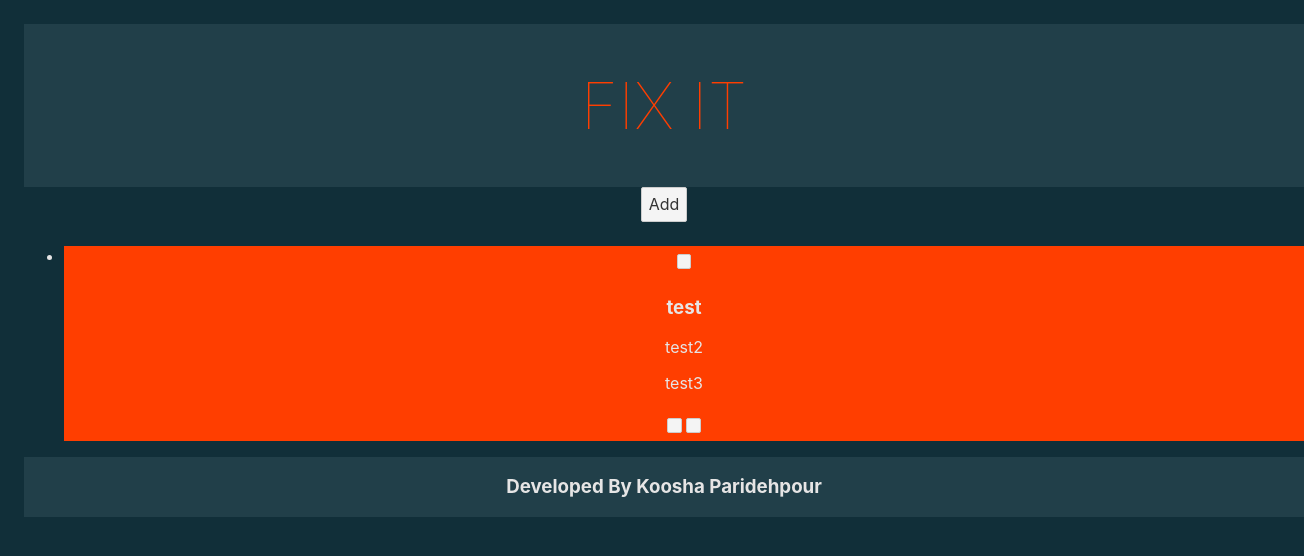
Repository: KooshaPari/fixit-go
Page: / (app in frontend/)
An editor plug-in stored every save of this project. The page is shown before and after a run of saves, followed by the edit.
The browser window is 1280 px wide. The page is 1304 px wide, then 1280 px, so the pictures cover 1304 px, including what lies to the right of the window. The pictures show the whole page.
The project was rebuilt for these pictures with package versions that can differ from the ones it lists, and the page was loaded fresh each time.

Above is the page before, as saved 2024-09-23 20:45:33.

### frontend/public/index.html
<!DOCTYPE html>
<html lang="en">
	<head>
		<meta charset="utf-8" />
		<meta name="viewport" content="width=device-width,initial-scale=1" />

		<title>Svelte app</title>

		<link rel="icon" type="image/png" href="/favicon.png" />
		<link rel="stylesheet" href="/global.css" />
		<link rel="stylesheet" href="/build/bundle.css" />

		<script defer src="/build/bundle.js"></script>
	</head>

	<body></body>
</html>

### frontend/src/main.js
import App from "./App.svelte";

const app = new App({
	target: document.body,
	props: {
		name: "fixIt",
	},
});

### frontend/src/App.svelte
<script>
	export let name;
	import { onMount } from 'svelte';
	let todo = {
		title: 'test',
		description: 'test2',
		dueDate: 'test3'
	}
	let todos = [todo];

	/*onMount(async () => {
		const response = await fetch('/todos');
		todos = await response.json();
	});*/

	async function createTodo() {
		/*TODO*/
	}

	async function updateTodo(id) {
		/*TODO*/
	}

	async function deleteTodo(id) {
		/*TODO*/
	}
</script>

<main>
<!---->

<div id="parent">
    <div id="header">
        <div id ="logoCont">
        <i><!--LOGO--></i>
        <h1>Fix It</h1></div>
        <div id="profileCont">
            <i><!--Profile Img--></i>
            <h2><!--Your Name--></h2></div>

        </div>

    <div id="body">
        <div id="content">
            <div id="fixItApp">
                <div id="todoList">
					<button class="addBtn">Add</button>
                    <ul id="todos">
                        <!--SCRIPT TO GEN TODO ITEMS-->
						{#each todos as todo}
						<li class="todoLstItm">
							<div class="todoLstItmCont">
								<div class="todoLstItmContLeft">
									<button class="completeBtn"></button>
								</div>
								<div class="todoLstItmContRight">
									<h3>{todo.title}</h3>
									<p>{todo.description}</p>
									<!-- due Date below-->
									<p>{todo.dueDate}</p>
									<div class="todoLstItmContRightBtns">
										<button class="deleteBtn"></button>
										<button class="editBtn"></button>
									</div>
								</div>
							</div>
						</li>
						{/each}

                    </ul>
                </div>
            </div>
        </div>
    </div>
    <div id="footer">
        <h3>Developed By Koosha Paridehpour</h3>
    </div>
</div>
</main>

<style>
	main {
		text-align: center;
		padding: 1em;
		max-width: 240px;
		margin: 0 auto;
	}

	h1 {
		color: #ff3e00;
		text-transform: uppercase;
		font-size: 4em;
		font-weight: 100;
	}

	@media (min-width: 640px) {
		main {
			max-width: none;
		}
	}
	.todoLstItm{
		background-color: #ff3e00;

	}
	#parent{
		width:100vw;
		height: 100%;
		display:flex;
		flex-direction: column;

	}
	#header, #footer{
		background-color: #213f49;
	}
	#header{

	}


</style>

### frontend/public/global.css
html,
body {
	position: relative;
	width: 100%;
	height: 100%;
}

body {
	color: #e6e5e5;
	background-color: #112f39;
	margin: 0;
	padding: 8px;
	box-sizing: border-box;
	font-family: -apple-system, BlinkMacSystemFont, "Segoe UI", Roboto,
		Oxygen-Sans, Ubuntu, Cantarell, "Helvetica Neue", sans-serif;
}

a {
	color: rgb(0, 100, 200);
	text-decoration: none;
}

a:hover {
	text-decoration: underline;
}

a:visited {
	color: rgb(0, 80, 160);
}

label {
	display: block;
}

input,
button,
select,
textarea {
	font-family: inherit;
	font-size: inherit;
	-webkit-padding: 0.4em 0;
	padding: 0.4em;
	margin: 0 0 0.5em 0;
	box-sizing: border-box;
	border: 1px solid #ccc;
	border-radius: 2px;
}

input:disabled {
	color: #ccc;
}

button {
	color: #333;
	background-color: #f4f4f4;
	outline: none;
}

button:disabled {
	color: #999;
}

button:not(:disabled):active {
	background-color: #ddd;
}

button:focus {
	border-color: #666;
}

After the next 3 saves:
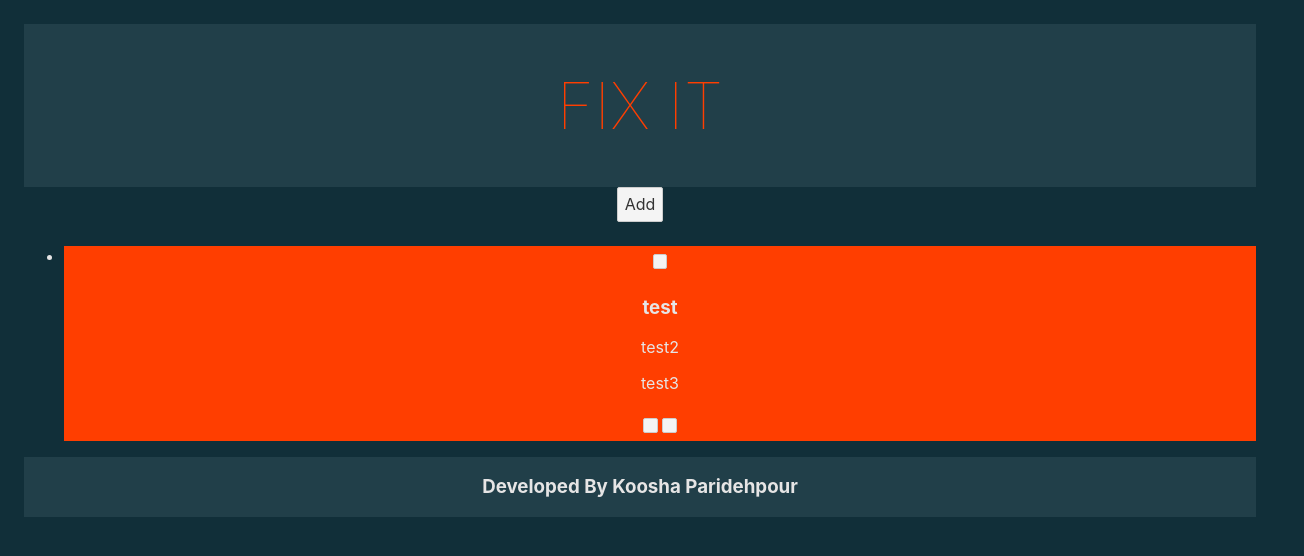
The 3 saves are shown as one change because they came seconds apart.
The last was saved 7 s later.
--- a/frontend/src/App.svelte
+++ b/frontend/src/App.svelte
@@ -103,8 +103,7 @@
 
 	}
 	#parent{
-		width:100vw;
-		height: 100%;
+		width:100%;
 		display:flex;
 		flex-direction: column;
 
